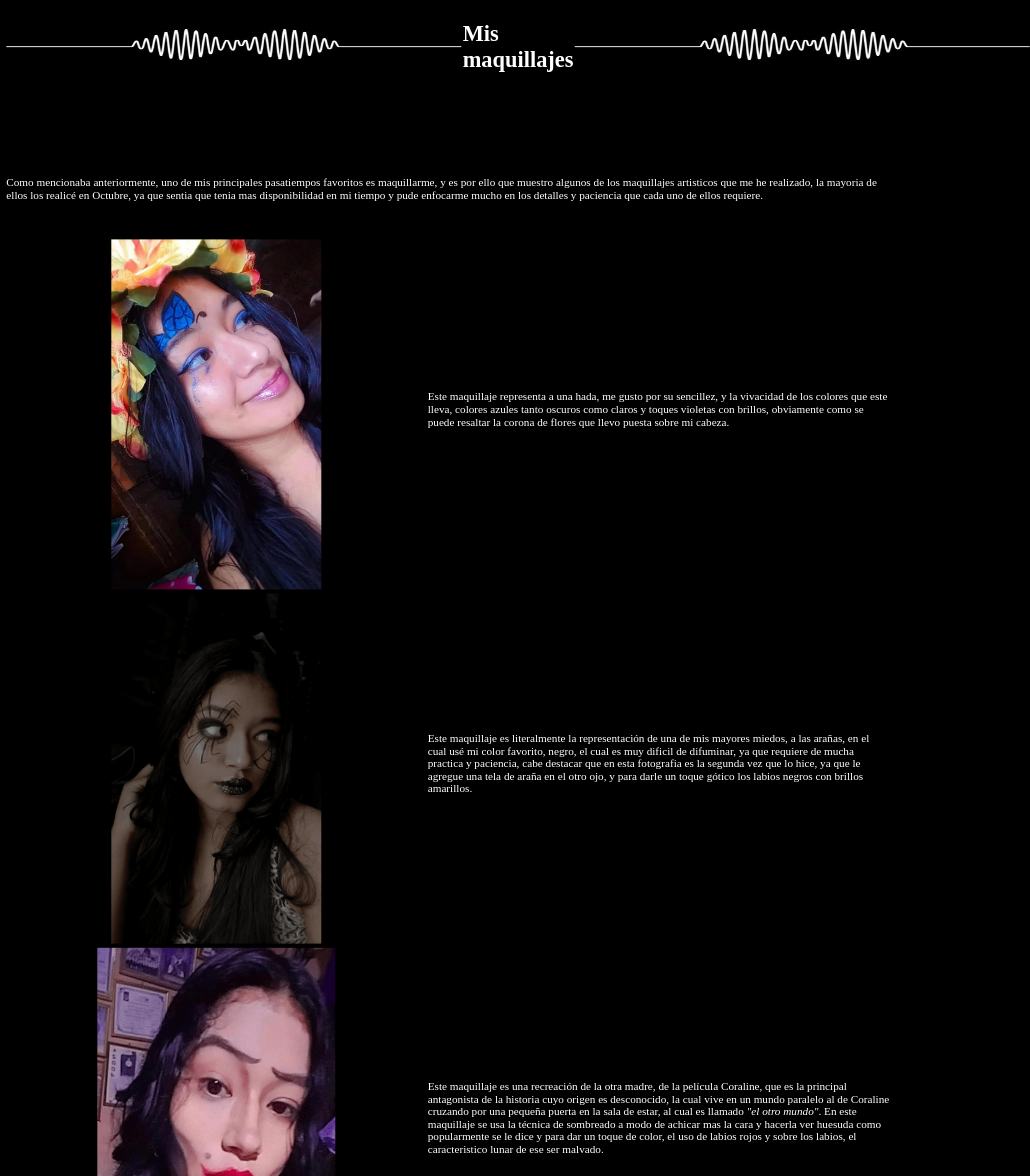
Repository: darlyn-saravia27/portafolio-darlynsaravia
Page: archivoshtml/maquillaje.html
The author's editor kept a copy of each file at every save. The page is drawn from the files as they stood at one save, then again after the next save.
The browser window is 1280 px wide. The page is 1472 px wide, so the pictures cover 1472 px, including what lies to the right of the window. The pictures show the part of the page from y = 0 to 1680 px (the page is 4909 px tall), at 70% of full size.

Above is the page before, as saved 2023-03-08 04:17:00.

### archivoshtml/maquillaje.html
<!DOCTYPE html>
<html lang="es">
<head>
    <meta charset="UTF-8">
    <meta http-equiv="X-UA-Compatible" content="IE=edge">
    <meta name="viewport" content="width=device-width, initial-scale=1.0">
    <title>Maquillaje</title>
</head>
<body bgcolor="black">
    <table align="center" cellspacing="0" width="100%">
        <tr>
            <td>
                <img src="_ (6).png" width="650px" height="100">
            </td>
            <td>
                <h1><font color="white">Mis maquillajes</font></h1>
            </td>
            <td>
                <img src="_ (6).png" width="650px" height="100px">
            </td>
        </tr>
    </table>
    <table align="center" cellspacing="0" width="100%">
        <tr>
            <td colspan="2">
                <p><font color="white">Como mencionaba anteriormente, uno de mis principales pasatiempos favoritos es maquillarme,
                y es por ello que muestro algunos de los maquillajes artisticos que me he realizado, la
                mayoria de ellos los realicé en Octubre, ya que sentia que tenia mas disponibilidad en mi tiempo
                y pude enfocarme mucho en los detalles y paciencia que cada uno de ellos requiere.</font>
                </p>
                <br>
                <br>
            </td>
        </tr>
        <tr>
            <td align="center">
                <img src="fo1.png" width="300px" height="500px">
            </td>
            <td>
                <font color="white">Este maquillaje representa a una hada, me gusto por su sencillez, y la vivacidad de
                    los colores que este lleva, colores azules tanto oscuros como claros y toques violetas
                    con brillos, obviamente como se puede resaltar la corona de flores que llevo puesta
                    sobre mi cabeza.</font>
                <br>
                <br>
            </td>
        </tr>
        <tr>
            <td align="center">
                <img src="fo2.png" width="300px" height="500px">
            </td>
            <td><font color="white">Este maquillaje es literalmente la representación de una de mis mayores miedos,
                a las arañas, en el cual usé mi color favorito, negro, el cual es muy dificil de difuminar,
                ya que requiere de mucha practica y paciencia, cabe destacar que en esta fotografia es
                la segunda vez que lo hice, ya que le agregue una tela de araña en el otro ojo, y para darle
                un toque gótico los labios negros con brillos amarillos.</font>
                <br>
                <br>
            </td>
        </tr>
        <tr>
            <td align="center">
                <img src="fo3.png" width="340px" height="500px">
            </td>
            <td><font color="white">Este maquillaje es una recreación de la otra madre, de la película
                Coraline, que es la principal antagonista de la historia cuyo origen es desconocido, la
                cual vive en un mundo paralelo al de Coraline cruzando por una pequeña puerta en la sala
                de estar, al cual es llamado <i>"el otro mundo"</i>. En este maquillaje se usa la técnica
                de sombreado a modo de achicar mas la cara y hacerla ver huesuda como popularmente se le dice
                y para dar un toque de color, el uso de labios rojos y sobre los labios, el caracteristico lunar
                de ese ser malvado.</font>
                <br>
                <br>
            </td>
        </tr>
        <tr>
            <td align="center">
                <img src="fo4.png" width="500px" height="400px">
            </td>
            <td><font color="white">Recreación del maquillaje de Morticia Addams, entrando en contexto
                con este personaje, es el corazón, reina y alma de la Familia Addams, se describe como
                una vampiresa de piel pálida, cabello negro lacio, que usa vestidos negros góticos para
                combinar con su pelo. Volviendo al tema, quise recrear el maquillaje de una Tiktoker famosa,
                llamada Dorys Jocelyn Velásquez, la cual es una maquillista profesional y recrea maquillajes
                de todo tipo de ocasión, y por supuesto, los maquillajes artísticos, y me llamo mucho la atención
                el echo de como fucionó el personaje de Morticia con una catrina, tipos de maquillajes que los
                mexicanos usan el día de muertos. Recalco que me fascina trabajar con colores neutros, pero
                con el color negro en cualquier tipo de maquillaje es difícil de manejar, pero que con práctica,
                dedicación y paciencia, todo se hace mas fácil.</font>
                <br>
                <br>
            </td>
        </tr>
        <tr>
            <td align="center">
                <img src="fo5.png" width="300px" height="500px">
            </td>
            <td><font color="white">El maquillarte es como utilizar un lienzo blanco en el cual
                te dejas guiar por tu imaginación y gustos y comienzas a pintar, esta es una breve descripción
                de este maquillaje, ya que quise no lleva un patrón ni guía, simplemente es colorear de la
                manera en que gustes, usando cualquier variedad de tonos de colores, sombras, etc. </font>
                <br>
                <br>
            </td>

        </tr>
        <tr>
            <td align="center">
                <img src="fo6.png" width="500px" height="400px">
            </td>
            <td><font color="white">Quise agregar esta "tierna" fotografía sobre un maquillaje de un animal,
                una osa, representación de la fauna de los bosques, creo que ha sido uno de los mas sencillos
                y fáciles que he realizado.
                </font>
                <br>
                <br>
            </td>
        </tr>
        <tr>
            <td align="center">
                <img src="fo7.png" width="400px" height="500px">
            </td>
            <td><font color="white">El gran Joker, con una personalidad psicópata con humor sádico
                y retorcido enemigo de Batman, considero que este ha sido uno de los mejores maquillajes
                que me he realizado, tiene buen contraste de colores, y por supuesto que no debía faltar
                los toques de brillo. Me he sentido orgullosa de poder hacer a un villano y que haya quedado
                perfecto dentro de lo que cabe.</font>
                <br>
                <br>
            </td>

        </tr>
        <tr>
            <td align="center">
                <img src="fo8.png" width="300px" height="400px">
            </td>
            <td><font color="white">Este fue el primer maquillaje de araña que me realicé, me
                inspiré de uno de los maquillajes de la Tiktoker Fer Jalil, ya que ella se encargó de
                recrearlo y me llamó mucho la atención, así que decidí intentarlo y salió tal como me lo
                esperaba, sobre todo me encanta el efecto de sombreado y lo gótico que luce.
            </font></td>
            <br>
            <br>
        </tr>
        <tr>
            <td align="center">
                <img src="makedada.png" width="600px" height="300px">
            </td>
            <td><font color="white">Es uno de mis mayores logros, el haber participado en el concurso
                de maquillaje en el colegio en 2021, estabamos en pandemia y las clases eran totalmente
                virtuales, tenía miedo porque estaba entre participar o no, pero con el apoyo de personas
                muy cercanas a mi, me alentaron para participar, me decidí y así lo hice.
                Literalmente me inspiré en dos cosas: la primera, fue en las mariposas, y especificamente las
                de especie Morfo, que son mariposas de color azul, y segundo, por las flores ya que me encantan,
                y que mejor manera de combiar ambas cosas en un solo maquillaje, al cual le puse por nombre <i>"Morfo
                de la primavera"</i> basandome en que a las mariposas les encantan las flores.
                Lo que no me esperaba, era ganar el primer lugar, me sentí orgullosa de mi misma, porque
                pude demostrar que si puedo hacer lo que me proponga, que soy capaz de mostrarle a muchas
                personas lo que sé y sentirme orgullosa de ello.
            </font></td>
            <br>
            <br>
        </tr>
        <tr>
            <td align="center">
                <img src="makedada2.png" width="250px" height="500px">
            </td>
            <td><font color="white">Para finalizar esta sección de maquillajes, el año pasado(2022)
                me animé a participar de nuevo en el concurso de maquillaje, quería seguir demostrando todo
                lo que sé, el arte y potencial que tengo, no gané ningún lugar, pero lo importante para mi
                fue participar y sentirme feliz de realizar un maquillaje tan colorido y complejo como ese,
                tomé referencia de una fotografía de una famosa en maquillaje artístico, simplemente me volví
                a sentir orgullosa de mi, porque si logré mi objetivo y es la mejor satisfacción que yo puedo
                tener, y seguir demostrándome a mi misma que lo que es pasión para mi, lo demuestre
                sin ningún tipo de temor.</font></td>
            <br>
            <br>
        </tr>
    </table>
</body>
</html>

After the next save:
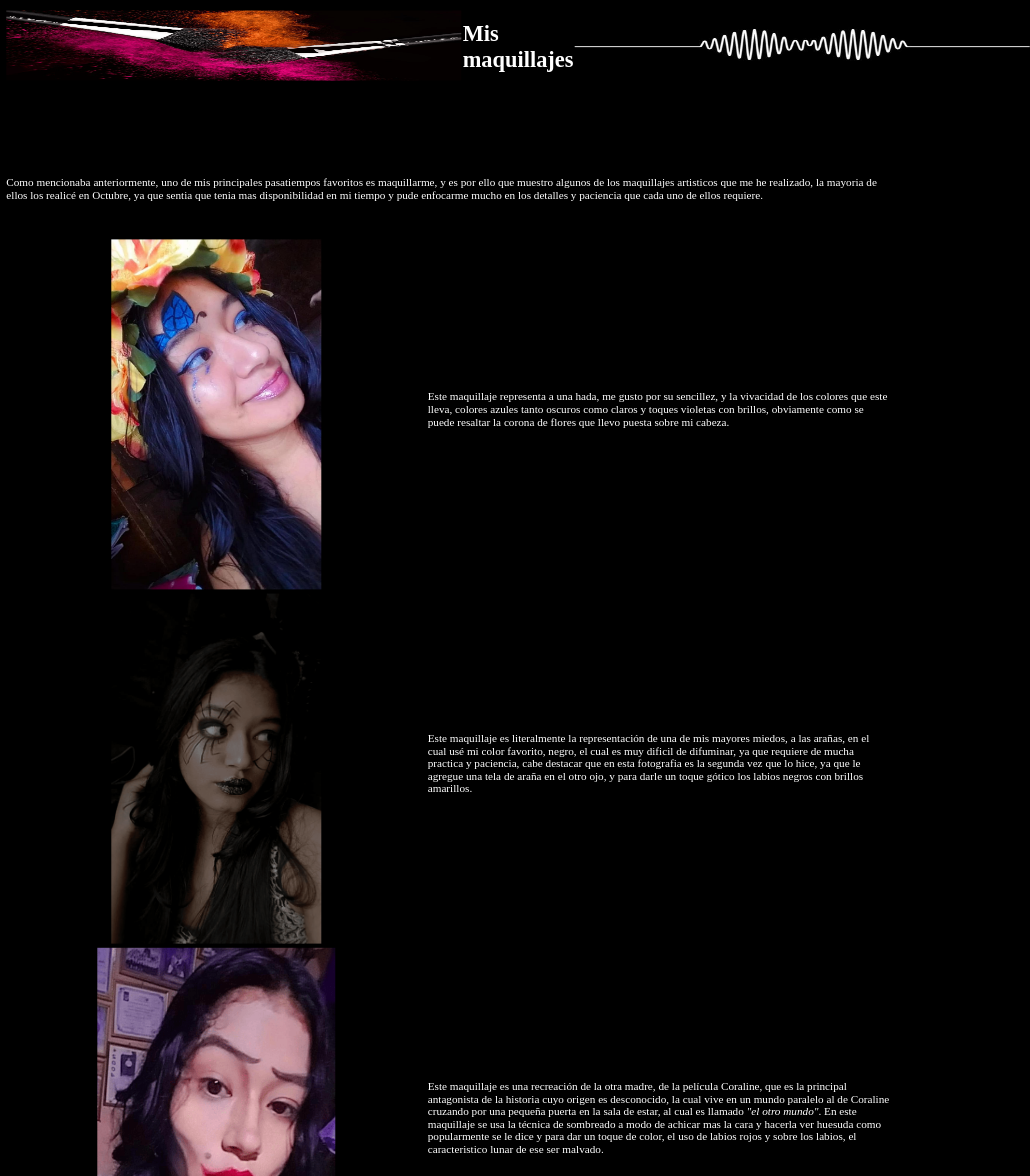
Saved 2 min 19 s later.
--- a/archivoshtml/maquillaje.html
+++ b/archivoshtml/maquillaje.html
@@ -10,7 +10,7 @@
     <table align="center" cellspacing="0" width="100%">
         <tr>
             <td>
-                <img src="_ (6).png" width="650px" height="100">
+                <img src="Cosmetics.png" width="650px" height="100">
             </td>
             <td>
                 <h1><font color="white">Mis maquillajes</font></h1>
